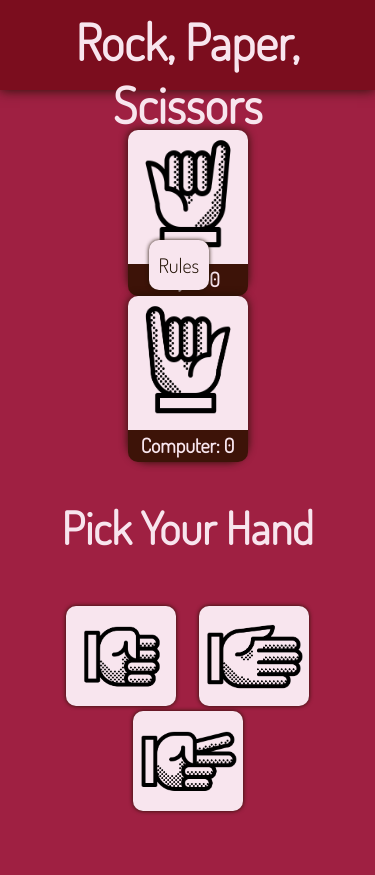
Repository: shayanabedi98/rock-paper-scissors
Page: index.html
An editor plug-in stored every save of this project. The page is shown before and after the next save, followed by the edit.
The browser window is 375 px wide. The pictures show the whole page.

Above is the page before, as saved 2023-07-21 13:25:28.

### index.html
<!DOCTYPE html>
<html lang="en">
<head>
    <meta charset="UTF-8">
    <meta name="viewport" content="width=device-width, initial-scale=1.0">
    <title>Rock, Paper, Scissors</title>
    <link rel="preconnect" href="https://fonts.googleapis.com">
    <link rel="preconnect" href="https://fonts.gstatic.com" crossorigin>
    <link href="https://fonts.googleapis.com/css2?family=Dosis:wght@300&display=swap" rel="stylesheet">
    <link rel="stylesheet" href="styles.css">
</head>
<body>
    <div class="dark-div">
    </div>
    <div class="header">
        <h1>Rock, Paper, Scissors</h1>
    </div>
    <div class="rules-btn">
        <button>Rules</button>
    </div>
    <div class="container">
        <div class="card">
            <div class="player">
                <img src="resources/startleft.png" alt="Starting image before game">
                <h3>Player: 0</h3>
            </div>
        </div>
        <div class="card">
            <div class="computer">
                <img src="resources/start.png" alt="Starting image before game">
                <h3>Computer: 0</h3>
            </div>
        </div>
    </div>
    <div class="caption">
        <h2>Pick Your Hand</h2>
    </div>
    <div class="button-container">
        <button class="btn" id="rock"><img src="resources/rockleft.png" alt="rock option"></button>
        <button class="btn" id="paper"><img src="resources/paperleft.png" alt="paper option"></button>
        <button class="btn" id="scissors"><img src="resources/scissorsleft.png" alt="scissors option"></button>
    </div>
    <div class="rules">
        <h1>Rules</h1>
        <p>Rock beats Scissors. <br>Paper beats Rock. <br>Scissors beats Paper. <br>You(Player) vs Computer. <br>Best 3/5 wins. <br>Simple enough?</p>
        <button>Close</button>
    </div>
    <script src="index.js"></script>
</body>
</html>

### styles.css
body {
    font-family:'Dosis', sans-serif;
    margin: 0;
    padding: 0;
    background-color: #9F2042;
    color: #F8E5EE;
}

h1 {
    font-size: 60px;
    margin-top: 0;

}

.dark-div {
    background-color: #211103;
    position: absolute;
    z-index: 1;
    width: 100%;
    height: 100%;
    opacity: 0;
    visibility: hidden;
}

.header {
    text-align: center;
    background-color: #7B0D1E;
    height: 120px;
    padding-top: 30px;
    box-shadow: 0 0 12px 0 #211103;
}

.rules-btn {
    text-align: center;
}

.rules-btn button {
    font-family: 'Dosis', sans-serif;
    font-size: 26px;
    background-color: #F8E5EE;
    color: #211103;
    width: 100px;
    height: 50px;
    cursor: pointer;
    border: 0;
    border-radius: 10px;
    box-shadow: 0 0 4px 0 #211103;
    position: absolute;
    margin-top: 250px;
    transform: translateX(-50px);
    text-align: center;
}

.caption {
    text-align: center;
    font-size: 30px;
}

.container {
    text-align: center;
    display: block;
    margin-top: 40px;
}

.card {
    display: inline-block;
    background-color: #F8E5EE;
    box-shadow: 0 0 8px 0 #211103;
    margin: 0 120px;
    border-radius: 10px 10px 20px 20px;
}

.card img {
    height: 350px;
    width: 345px;
}

.card h3 {
    font-size: 40px;
    color: #F8E5EE;
    background-color: #3D1308;
    margin-bottom: 0;
    height: 70px;
    padding-top: 10px;
    border-radius: 0  0 10px 10px;
}

.button-container {
    text-align: center;
    margin-top: 50px;
    height: 161px;
}

#rock, #paper, #scissors {
    font-family: 'Dosis', sans-serif;
    background-color: #F8E5EE;
    color: #211103;
    width: 110px;
    height: 100px;
    cursor: pointer;
    border: 0;
    border-radius: 10px;
    box-shadow: 0 0 4px 0 #211103;
    margin: 0 10px;
}

#rock img, #paper img, #scissors img {
    height: 100px;
}

#rock:hover, #paper:hover, #scissors:hover {
    box-shadow: 0 0 10px 0 #211103;
}

#rock:active, #paper:active, #scissors:active, #rock img:active, #paper img:active, #scissors img:active {
    box-shadow: none;
    height: 99px;
}

.rules {
    background-color: #F8E5EE;
    color: #211103;
    position: absolute;
    box-shadow: 0 0 10px 0 #211103;
    border-radius: 10px;
    text-align: center;
    margin-left: 40%;
    transform: translateY(-700px);
    width: 20%;
    z-index: 2;
    height: 450px;
    opacity: 0;
    visibility: hidden;
}

.rules p {
    font-size: 30px;
}

.rules button {
    font-family: 'Dosis', sans-serif;
    font-size: 26px;
    font-weight: 600;
    background-color: #F8E5EE;
    width: 80px;
    border: 0;
    text-decoration: overline;
    cursor: pointer;
}

.winner {
    text-align: center;
    margin-top: 350px;
}

.winner button {
    font-family: 'Dosis', sans-serif;
    font-size: 40px;
    font-family: 'Dosis', sans-serif;
    background-color: #F8E5EE;
    color: #211103;
    width: 200px;
    height: 100px;
    cursor: pointer;
    border: 0;
    border-radius: 10px;
    box-shadow: 0 0 4px 0 #211103;
}

@media (max-width: 1200px) {

    .rules-btn button {
        margin-top: 150px;
    }

    .card img {
        height: 210px;
        width: 200px;
    }
    .card h3 {
        margin-top: 0;
        font-size: 30px;
    }
}

@media (max-width: 900px) {

    .card {
        margin: 0 70px;
    }

    .card img {
        height: 190px;
        width: 180px;
    }
}

@media (max-width: 680px) {
    .rules-btn button {
        width: 60px;
        font-size: 20px;
        margin-left: 3%;
    }

    .card {
        margin: 0 50px;
    }
}

@media (max-width: 565px) {

    h1 {
        font-size: 50px;
    }

    .header {
        text-align: center;
        background-color: #7B0D1E;
        height: 80px;
        padding-top: 10px;
        box-shadow: 0 0 12px 0 #211103;
    }

    .card {
        margin: 0 40px;
    }

    .card img {
        height: 130px;
        width: 120px;
    }
    .card h3 {
        font-size: 20px;
        height: 30px;
        padding-top: 2px;
    }
}

### index.js
var scoreP = 0;
var scoreC = 0;
var winner = document.querySelector('.winner');
var caption = document.querySelector('.caption h2');
var rock = document.querySelector('#rock');
var paper = document.querySelector('#paper');
var scissors = document.querySelector('#scissors');
var computer = document.querySelector('.computer img');
var player = document.querySelector('.player img');
var btn = document.querySelectorAll('.btn');
var playerPick;
var computerPick;
var rules = document.querySelector('.rules');
var rulesClose = document.querySelector('.rules button');
var rulesButton = document.querySelector('.rules-btn button');
var darkDiv = document.querySelector('.dark-div');

//animations for the rules card
rulesButton.addEventListener('click', function() {
    rules.style.opacity = '100';
    rules.style.transition = "0.5s"
    rules.style.visibility = 'visible';
    darkDiv.style.opacity = '0.5';
    darkDiv.style.transition = "0.5s"
    darkDiv.style.visibility = 'visible';
});

rulesClose.addEventListener('click', function() {
    rules.style.visibility = 'hidden';
    rules.style.opacity = '0';
    rules.style.transition = "0.5s";
    darkDiv.style.visibility = 'hidden';
    darkDiv.style.opacity = '0';
    darkDiv.style.transition = "0.5s";
});

//game mechanics
function rng() {
    return Math.floor(Math.random() * 3) + 1;
};

rock.addEventListener('click', function() {
    player.src = 'resources/rockleft.png';
    playerPick = 'rock';
});
paper.addEventListener('click', function() {
    player.src = 'resources/paperleft.png';
    playerPick = 'paper';
});
scissors.addEventListener('click', function() {
    player.src = 'resources/scissorsleft.png';
    playerPick = 'scissors';
});

for (let i = 0; i < btn.length; i ++){
    btn[i].addEventListener('click', function() {
        rng();
        if (rng() === 1) {
            computer.src = 'resources/rock.png';
            computerPick = 'rock';
        } else if (rng() === 2) {
            computer.src = 'resources/paper.png';
            computerPick = 'paper';
        } else if (rng() === 3) {
            computer.src = 'resources/scissors.png';
            computerPick = 'scissors';
        }

        if (playerPick === computerPick) {
            caption.innerHTML = 'Tie!';
        }

        else if ((playerPick === 'rock' && computerPick === 'paper') || (playerPick === 'scissors' && computerPick === 'rock') || (playerPick === 'paper' && computerPick === 'scissors')) {
            caption.innerHTML = 'Point for Computer!';
            scoreC ++;
        }

        else if ((playerPick === 'rock' && computerPick === 'scissors') || (playerPick === 'scissors' && computerPick === 'paper') || (playerPick === 'paper' && computerPick === 'rock')) {
            caption.innerHTML = 'Point for Player!';
            scoreP ++;
        }

        document.querySelector('.player h3').innerHTML = 'Player: ' + scoreP;
        document.querySelector('.computer h3').innerHTML = 'Computer: ' + scoreC;

        if (scoreC === 3) {
            window.location.replace('./loser.html');
        } else if (scoreP === 3) {
            window.location.replace('./winner.html');

        }
    });
};

function playAgain() {
    window.location.replace('./index.html');
};

After the next save:
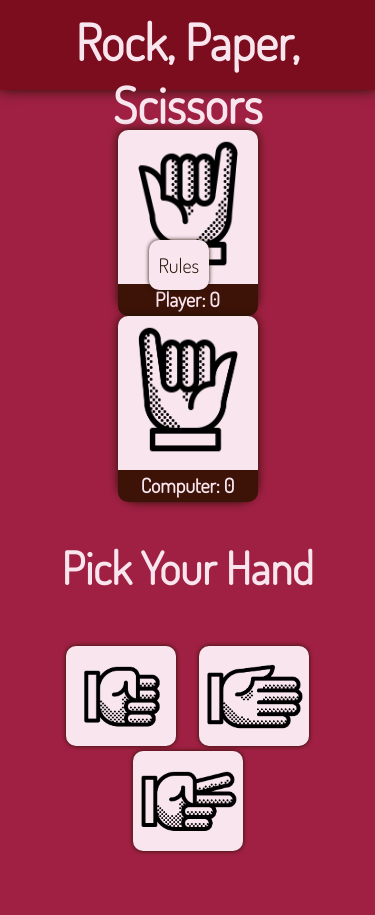
Saved 28 s later.
--- a/styles.css
+++ b/styles.css
@@ -226,8 +226,8 @@ h1 {
     }
 
     .card img {
-        height: 130px;
-        width: 120px;
+        height: 150px;
+        width: 140px;
     }
     .card h3 {
         font-size: 20px;
